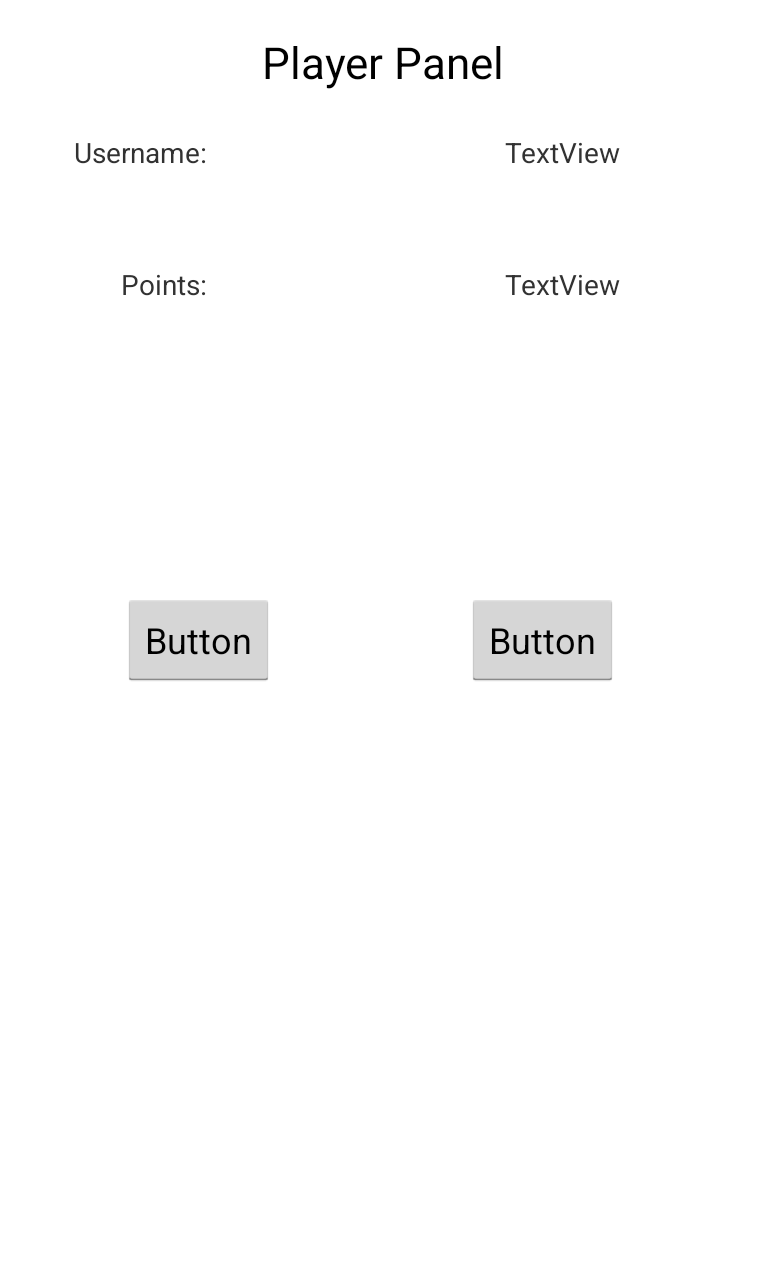
Repository: Sharkeysps/AndroidProjects
Layout: AndroidQuiz/Quiz/res/layout/activity_player_panel.xml
These files come from the project's save history. The layout is drawn as it stood at one moment and after the next save; the edit follows.
It is drawn on a 768 x 1280 px phone screen (xhdpi) without system bars, with theme AppTheme; the app's code is not run.

Above is the layout before, as saved 2014-02-01 10:33:51.

### AndroidQuiz/Quiz/res/layout/activity_player_panel.xml
<RelativeLayout xmlns:android="http://schemas.android.com/apk/res/android"
    xmlns:tools="http://schemas.android.com/tools"
    android:layout_width="match_parent"
    android:layout_height="match_parent"
    android:paddingBottom="@dimen/activity_vertical_margin"
    android:paddingLeft="@dimen/activity_horizontal_margin"
    android:paddingRight="@dimen/activity_horizontal_margin"
    android:paddingTop="@dimen/activity_vertical_margin"
    tools:context=".PlayerPanel" >

    <TextView
        android:id="@+id/textView1"
        android:layout_width="wrap_content"
        android:layout_height="wrap_content"
        android:layout_alignParentTop="true"
        android:layout_centerHorizontal="true"
        android:text="Player Panel"
        android:textAppearance="?android:attr/textAppearanceLarge" />

    <TextView
        android:id="@+id/textView2"
        android:layout_width="wrap_content"
        android:layout_height="wrap_content"
        android:layout_alignParentLeft="true"
        android:layout_below="@+id/textView1"
        android:layout_marginLeft="21dp"
        android:layout_marginTop="21dp"
        android:text="Username:" />

    <TextView
        android:id="@+id/playerUsrname"
        android:layout_width="wrap_content"
        android:layout_height="wrap_content"
        android:layout_alignBottom="@+id/textView2"
        android:layout_toRightOf="@+id/textView1"
        android:text="TextView" />

    <TextView
        android:id="@+id/textView4"
        android:layout_width="wrap_content"
        android:layout_height="wrap_content"
        android:layout_alignRight="@+id/textView2"
        android:layout_below="@+id/textView2"
        android:layout_marginTop="47dp"
        android:text="Points:" />

    <TextView
        android:id="@+id/playerPoints"
        android:layout_width="wrap_content"
        android:layout_height="wrap_content"
        android:layout_alignBaseline="@+id/textView4"
        android:layout_alignBottom="@+id/textView4"
        android:layout_alignLeft="@+id/playerUsrname"
        android:text="TextView" />

    <Button
        android:id="@+id/button1"
        android:layout_width="wrap_content"
        android:layout_height="wrap_content"
        android:layout_alignLeft="@+id/textView4"
        android:layout_centerVertical="true"
        android:text="Button" />

    <Button
        android:id="@+id/button2"
        android:layout_width="wrap_content"
        android:layout_height="wrap_content"
        android:layout_alignBaseline="@+id/button1"
        android:layout_alignBottom="@+id/button1"
        android:layout_alignRight="@+id/playerPoints"
        android:text="Button" />

</RelativeLayout>

Loaded but not shown: AndroidQuiz/Quiz/res/values/styles.xml (common file); AndroidQuiz/Quiz/res/values-v11/styles.xml (common file); AndroidQuiz/Quiz/res/values-v14/styles.xml (common file); AndroidQuiz/Quiz/res/values/dimens.xml (common file)

After the next save:
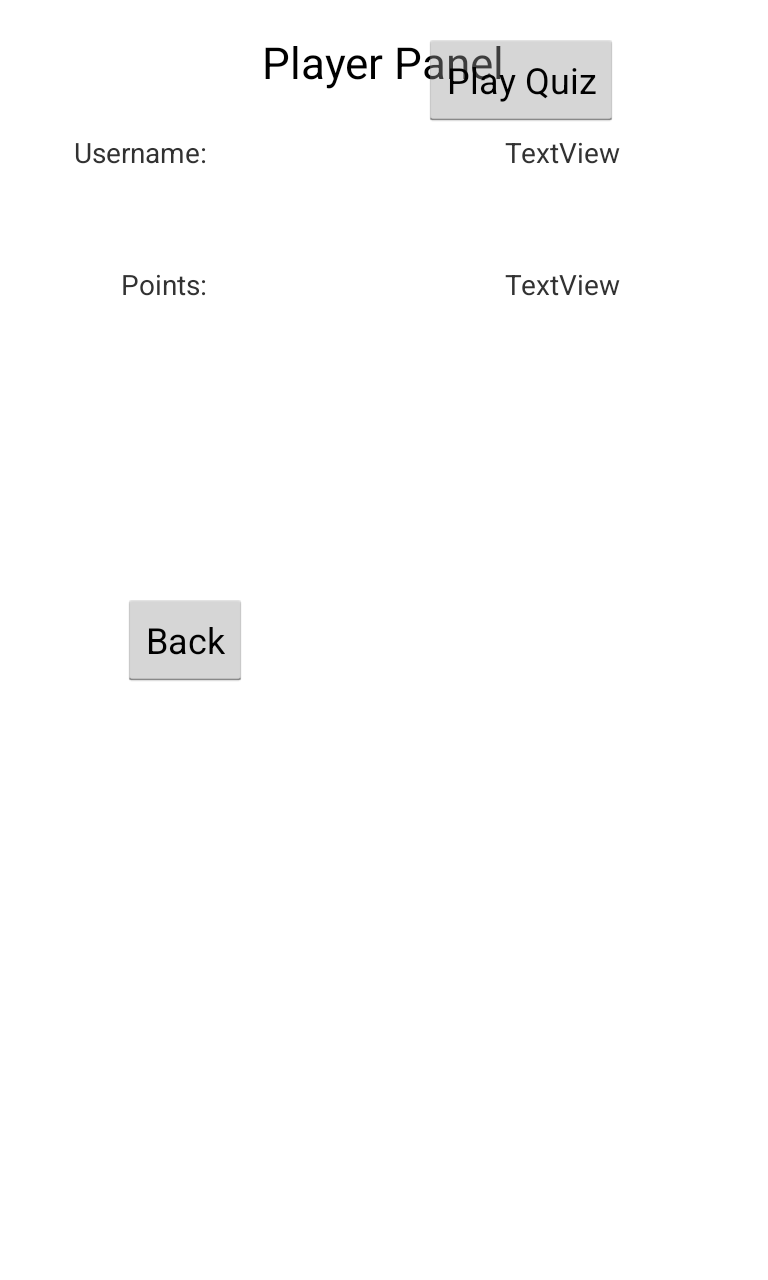
Saved 3 h 49 min later.
--- a/AndroidQuiz/Quiz/res/layout/activity_player_panel.xml
+++ b/AndroidQuiz/Quiz/res/layout/activity_player_panel.xml
@@ -54,20 +54,20 @@
         android:text="TextView" />
 
     <Button
-        android:id="@+id/button1"
+        android:id="@+id/bckButton"
         android:layout_width="wrap_content"
         android:layout_height="wrap_content"
         android:layout_alignLeft="@+id/textView4"
         android:layout_centerVertical="true"
-        android:text="Button" />
+        android:text="Back" />
 
     <Button
-        android:id="@+id/button2"
+        android:id="@+id/playQuiz"
         android:layout_width="wrap_content"
         android:layout_height="wrap_content"
         android:layout_alignBaseline="@+id/button1"
         android:layout_alignBottom="@+id/button1"
         android:layout_alignRight="@+id/playerPoints"
-        android:text="Button" />
+        android:text="Play Quiz" />
 
 </RelativeLayout>
